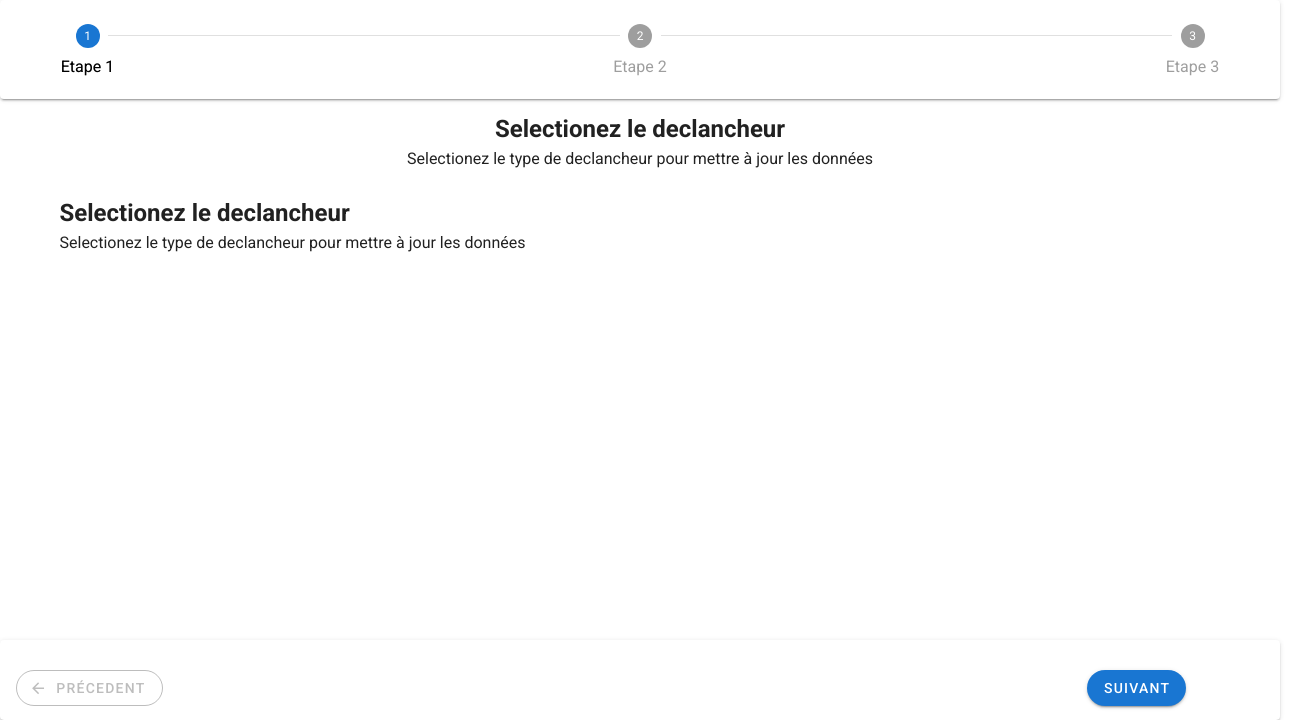
Repository: SidneyHodieb/myc
Page: /addsource/trigger
These files come from the project's save history. The page is drawn as it stood at one moment and after the next save; the edit follows.
The browser window is 1280 px wide. The page is 1292 px wide, so the pictures cover 1292 px, including what lies to the right of the window. The pictures show the whole page.
The project was rebuilt for these pictures with package versions that can differ from the ones it lists, and the page was loaded fresh each time. Also part of the build but not shown: vue.config.js, src/views/Home.vue, src/views/addSource/components/format.vue, src/views/addSource/components/card.vue.

Above is the page before, as saved 2021-04-07 04:22:34.

After the next save:
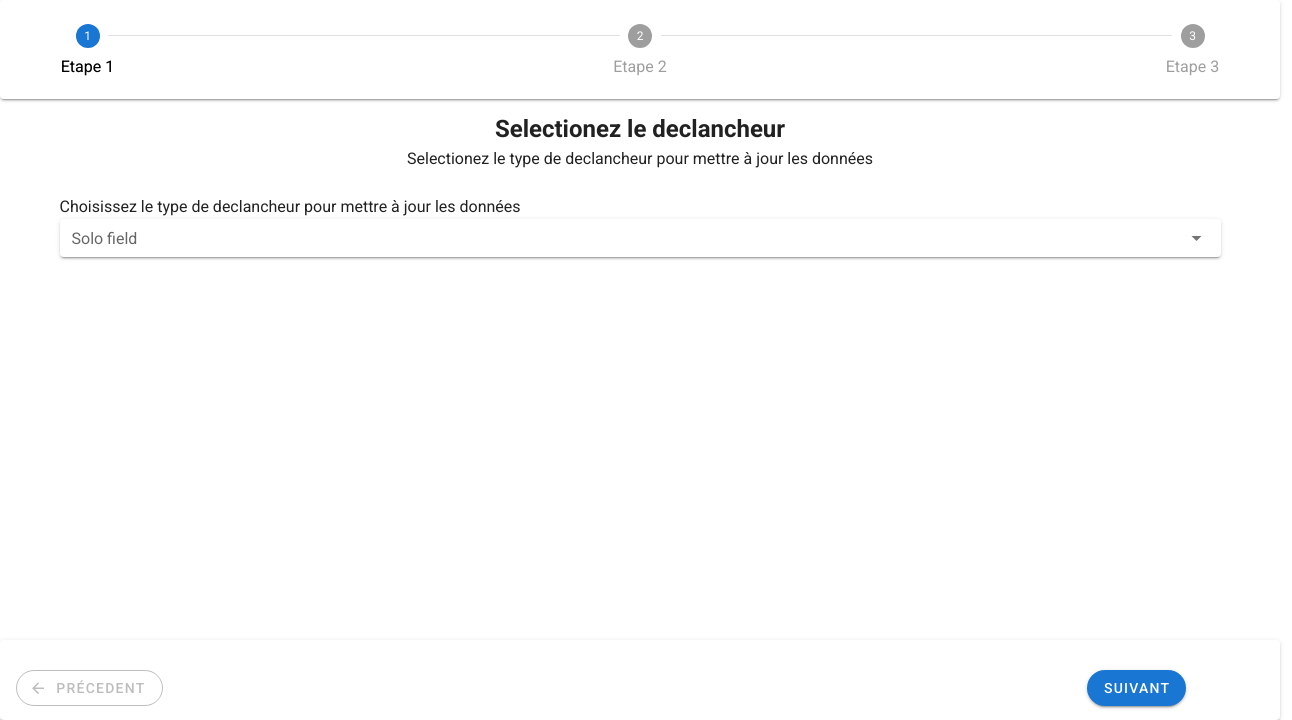
Saved 108 s later.
--- a/src/views/addSource/components/trigger.vue
+++ b/src/views/addSource/components/trigger.vue
@@ -6,8 +6,13 @@
         <span>Selectionez le type de declancheur pour mettre à jour les données</span>
       </v-col>
       <v-col md="12" sm="6">
-        <h2>Selectionez le declancheur</h2>
-        <span>Selectionez le type de declancheur pour mettre à jour les données</span>
+        <span>Choisissez le type de declancheur pour mettre à jour les données</span>
+        <v-select
+          :items="items"
+          label="Solo field"
+          dense
+          solo
+        ></v-select>
       </v-col>
     </v-row>
 
